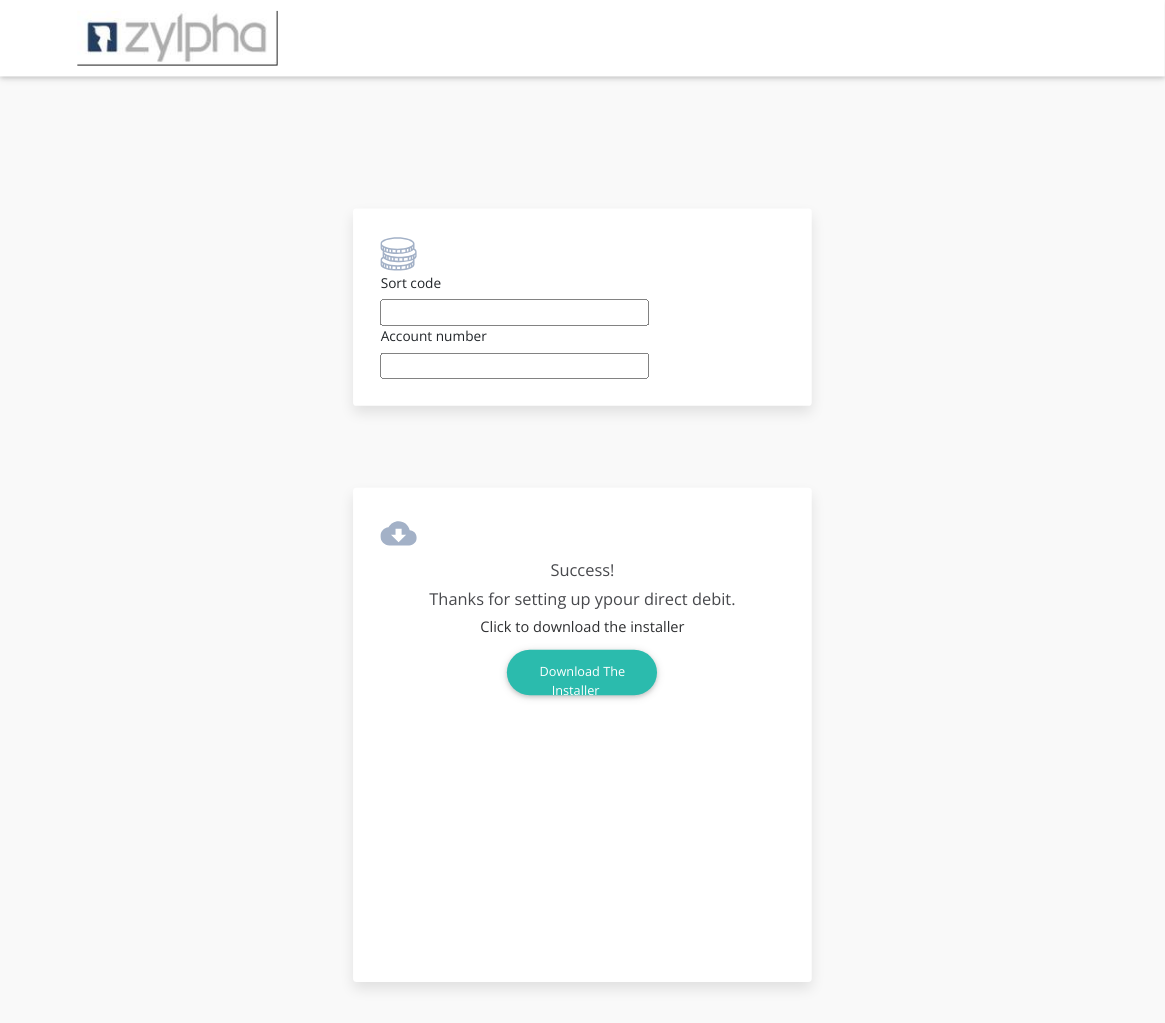
Repository: richdevelopments/frontend-webdesign
Page: success-from-DDM.html
The author's editor kept a record of every edit. The page is drawn from the files as they stood at one moment, then again after the next edit.
The browser window is 1280 px wide. The pictures show the whole page, at 91% of full size.
Pictures or frames that could not be fetched are drawn as grey boxes. Some web libraries are served in a nearby version.

Above is the page before.

After the next edit:
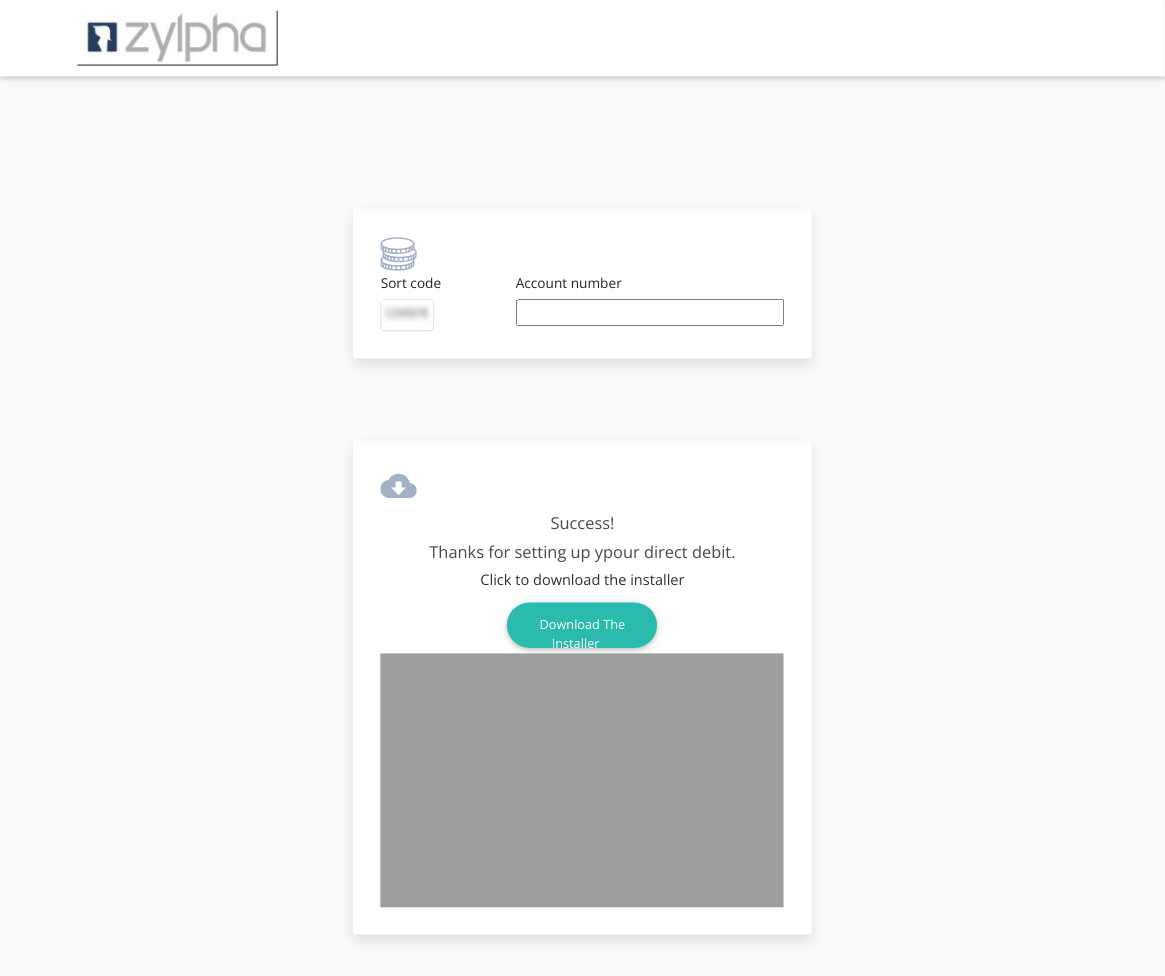
The edit:
--- a/success-from-DDM.html
+++ b/success-from-DDM.html
@@ -44,7 +44,9 @@
                                 <div class="row">
                                 <div class="col">
                                     <label for="sortcode">Sort code</label><br>
-                                    <input id="sort_code" name="user[sortcode]" size="30" type="text" />
+                                    <div style="width: 50%; height: 35px; border: 1px solid #DDD; border-radius: 4px;">
+                                        <img src="assets/images/screenshot-2019-08-02-at-11-00-44-397904-png.png"  style="width: 100%; height: 25px;" />
+                                    </div>
                                 </div><br>
                                 <div class="col">
                                     <label for="account_number">Account number</label><br>
